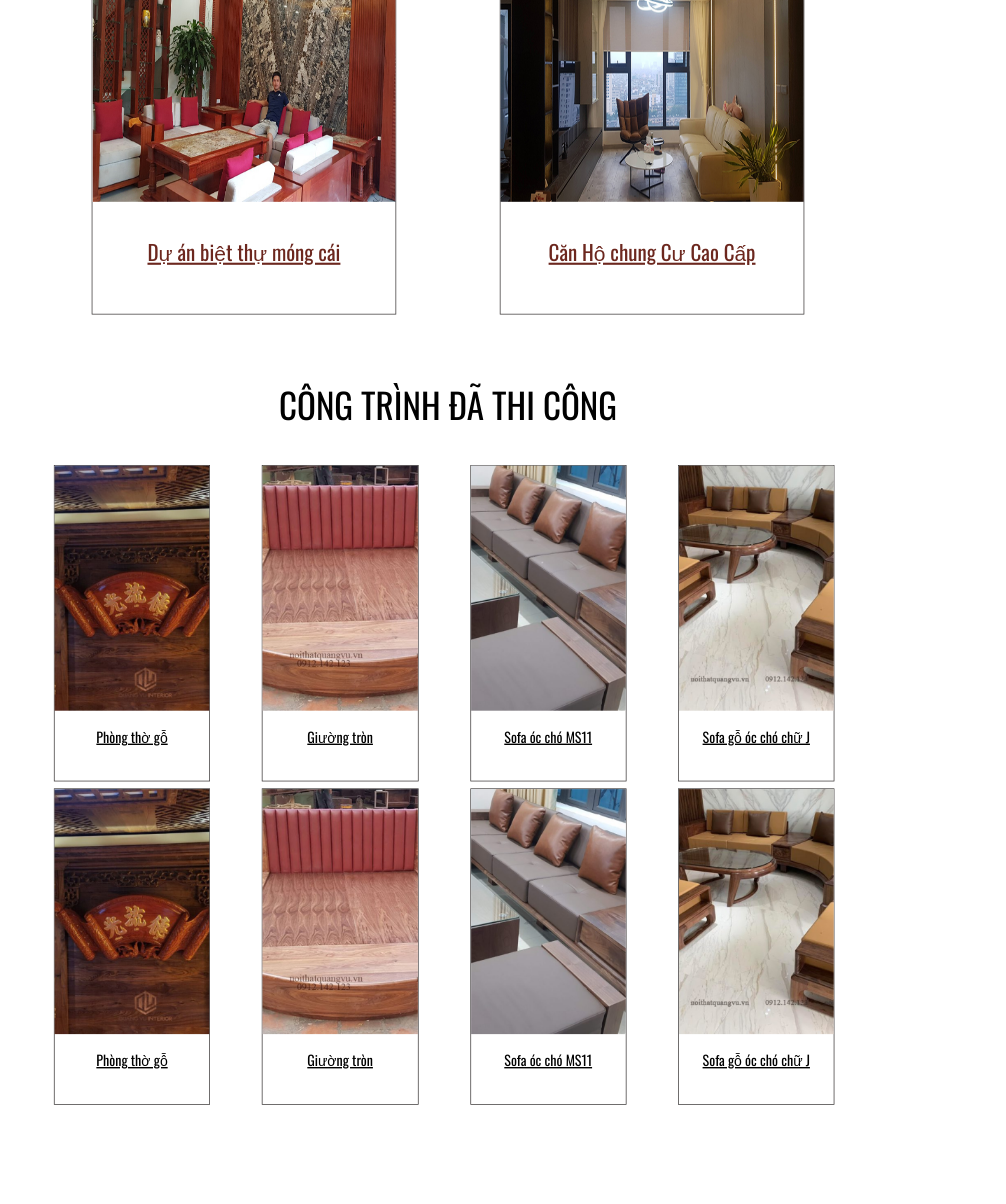
Repository: KHANHD192/FigmaTo-HTML
Page: APP-SHOP/index.html
These files come from the project's save history. The page is drawn as it stood at one moment and after the next save; the edit follows.
The browser window is 1280 px wide. The page is 1437 px wide, so the pictures cover 1437 px, including what lies to the right of the window. The pictures show the part of the page from y = 2656 to 4376 px (the page is 4376 px tall), at 70% of full size.

Above is the page before, as saved 2022-11-21 18:10:47.

### APP-SHOP/index.html
<!DOCTYPE html>
<html lang="en">
<head>
    <meta charset="UTF-8">
    <meta http-equiv="X-UA-Compatible" content="IE=edge">
    <meta name="viewport" content="width=device-width, initial-scale=1.0">
    <title>APP-SHOP</title>
    <link rel="stylesheet" href="https://cdnjs.cloudflare.com/ajax/libs/normalize/8.0.1/normalize.min.css" integrity="sha512-NhSC1YmyruXifcj/KFRWoC561YpHpc5Jtzgvbuzx5VozKpWvQ+4nXhPdFgmx8xqexRcpAglTj9sIBWINXa8x5w==" crossorigin="anonymous" referrerpolicy="no-referrer" />
    <link rel="stylesheet" href="./asset/Css_main/base.css">
    <link rel="stylesheet" href="./asset/Css_main/main.css">
    <link rel="preconnect" href="https://fonts.googleapis.com">
     <link rel="preconnect" href="https://fonts.gstatic.com" crossorigin>
</head>
<body>
    <div class="app">
         <header class="app__header">
                 <div class="header__nav-bar">
                    <ul class="nav-bar__item">
                        <li>
                            <a href="./index.html" class="nav-bar__item-link">Trang chủ</a>
                        </li>
                        <li>
                            <a href="#" class="nav-bar__item-link">Sản phẩm</a>
                        </li>
                        <li>
                            <a href="./ctdtc.html" class="nav-bar__item-link">Công trình đã thi công</a>
                        </li>
                        <li>
                            <a href="./tintuc.html" class="nav-bar__item-link">Tin tức</a>
                        </li>
                    </ul>
                    <ul class="nav-bar__icon">
                        <li>
                            <img src="./asset/IMG/image 3.png" alt="" class="logo">
                        </li>
                        <li>
                            <img src="./asset/IMG/image 2.png" alt="" class="logo">
                        </li>
                    </ul>
                 </div>
                 <div class="header__background">
                     <img src="./asset/IMG/image 4.png" alt="background">
                 </div>
         </header>
     <div class="app__container">
        <div class="container__collect">
            <div class="collect1">
                <h2 class="title">PHÒNG KHÁCH / SOFA GỖ</h2>
                <ul class="list__item">
                    <li>
                        <div class="wrap__image">
                            <img src="./asset/IMG/image 5.png" alt="" class="item__image">
                        </div>
                        <a href="https://noithatquangvu.vn/san-pham/sofa-go-3/" class="item__image-link">Sofa gỗ 03</a>
                    </li>
                    <li>
                          <div class="wrap__image">
                            <img src="./asset/IMG/image 5 (1).png" alt="" class="item__image">
                          </div>
                        <a href="https://noithatquangvu.vn/san-pham/sofa-go/" class="item__image-link">Sofa gỗ</a>
                    </li>
                    <li>
                         <div class="wrap__image">
                            <img src="./asset/IMG/image 6.png" alt="" class="item__image">
                         </div>
                        <a href="https://noithatquangvu.vn/san-pham/sofa-go-chu-l/" class="item__image-link">Sofa gỗ chữ L</a>
                    </li>
                    <li>
                       <div class="wrap__image">
                        <img src="./asset/IMG/image 6 (1).png" alt="" class="item__image">
                       </div>
                        <a href="https://noithatquangvu.vn/san-pham/bo-sofa-go-oc-cho-ms10/" class="item__image-link">Bộ sofa óc chó</a>
                    </li>

                </ul>
            </div>
            <div class="collect1">
                <h2 class="title">PHÒNG NGỦ</h2>
                <ul class="list__item">
                    <li>
                        <div class="wrap__image">
                            <img src="./asset/IMG/image 5 (2).png" alt="" class="item__image">
                        </div>
                        <a href="https://noithatquangvu.vn/san-pham/giuong-ngu/" class="item__image-link">Giường ngủ M221</a>
                    </li>
                    <li>
                          <div class="wrap__image">
                            <img src="./asset/IMG/image 5 (3).png" alt="" class="item__image">
                          </div>
                        <a href="https://noithatquangvu.vn/san-pham/giuong-ngu-dep/" class="item__image-link">Giường ngủ đẹp</a>
                    </li>
                    <li>
                         <div class="wrap__image">
                            <img src="./asset/IMG/image 5 (4).png" alt="" class="item__image">
                         </div>
                        <a href="https://noithatquangvu.vn/san-pham/giuong-ngu-hien-dai/" class="item__image-link">Giường ngủ hiện đại</a>
                    </li>
                    <li>
                       <div class="wrap__image">
                        <img src="./asset/IMG/image 5 (5).png" alt="" class="item__image">
                       </div>
                        <a href="https://noithatquangvu.vn/san-pham/giuong-tron-dep/" class="item__image-link">Giường tròn đẹp</a>
                    </li>

                </ul>
            </div>
            <div class="collect1">
                <h2 class="title">PHÒNG BẾP</h2>
                <ul class="list__item">
                    <li>
                        <div class="wrap__image">
                            <img src="./asset/IMG/image 5 (6).png" alt="" class="item__image">
                        </div>
                        <a href="https://noithatquangvu.vn/san-pham/tu-bep-go-oc-cho/" class="item__image-link">Tủ bếp gỗ óc chó</a>
                    </li>
                    <li>
                          <div class="wrap__image">
                            <img src="./asset/IMG/image 5 (7).png" alt="" class="item__image">
                          </div>
                        <a href="https://noithatquangvu.vn/san-pham/tu%cc%89-ruo%cc%a3u/" class="item__image-link">Tủ rượu</a>
                    </li>
                    <li>
                         <div class="wrap__image">
                            <img src="./asset/IMG/image 5 (8).png" alt="" class="item__image">
                         </div>
                        <a href="https://noithatquangvu.vn/san-pham/bo%cc%a3-ban-ghe-an/" class="item__image-link">Bộ bàn ghế ăn</a>
                    </li>
                    <li>
                       <div class="wrap__image">
                        <img src="./asset/IMG/image 5 (9).png" alt="" class="item__image">
                       </div>
                        <a href="https://noithatquangvu.vn/san-pham/tu%cc%89-bep-_-ms01/" class="item__image-link">Tủ Bếp_TB01</a>
                    </li>

                </ul>
            </div>
        </div>
        <div class="container__project">
            <div class="project__tiltle">
                <p>DỰ ÁN TIÊU BIỂU</p>
            </div>
             <ul class="list__project">
                <li class="list__project-item">
                    <div class="enfold__image">
                        <img src="./asset/IMG/image 7.png" alt="" class="item__project">
                    </div>
                    <a href="https://noithatquangvu.vn/san-pham/bo%cc%a3-ban-ghe-an/" class="item__project-link">Dự án biệt thự móng cái </a>
                </li>
                <li class="list__project-item">
                    <div class="enfold__image">
                        <img src="./asset/IMG/image 7 (1).png" alt="" class="item__project">
                    </div>
                    <a href="https://noithatquangvu.vn/san-pham/bo%cc%a3-ban-ghe-an/" class="item__project-link">Căn Hộ chung Cư Cao Cấp</a>
                </li>

             </ul>
        </div>
        <div class="container__detail">
            <div class="collect1">
                <p>CÔNG TRÌNH ĐÃ THI CÔNG</p>
                <ul class="list__item">
                    <li>
                        <div class="wrap__image">
                            <img src="./asset/IMG/image 5 (10).png" alt="" class="item__image">
                        </div>
                        <a href="https://noithatquangvu.vn/san-pham/sofa-go-3/" class="item__image-link">Phòng thờ gỗ</a>
                    </li>
                    <li>
                          <div class="wrap__image">
                            <img src="./asset/IMG/image 5 (11).png" alt="" class="item__image">
                          </div>
                        <a href="https://noithatquangvu.vn/san-pham/giuong-tron/" class="item__image-link">Giường tròn
                        </a>
                    </li>
                    <li>
                         <div class="wrap__image">
                            <img src="./asset/IMG/image 5 (12).png" alt="" class="item__image">
                         </div>
                        <a href="https://noithatquangvu.vn/san-pham/sofa-oc-cho/" class="item__image-link">Sofa óc chó MS11

                        </a>
                    </li>
                    <li>
                       <div class="wrap__image">
                        <img src="./asset/IMG/image 5 (13).png" alt="" class="item__image">
                       </div>
                        <a href="https://noithatquangvu.vn/san-pham/sofa-go-oc-cho-chu-j/" class="item__image-link">Sofa gỗ óc chó chữ J


                        </a>
                    </li>

                </ul>
            </div>
            <div class="collect1 detail2">
                <ul class="list__item">
                    <li>
                        <div class="wrap__image">
                            <img src="./asset/IMG/image 5 (10).png" alt="" class="item__image">
                        </div>
                        <a href="https://noithatquangvu.vn/san-pham/sofa-go-3/" class="item__image-link">Phòng thờ gỗ</a>
                    </li>
                    <li>
                          <div class="wrap__image">
                            <img src="./asset/IMG/image 5 (11).png" alt="" class="item__image">
                          </div>
                        <a href="https://noithatquangvu.vn/san-pham/giuong-tron/" class="item__image-link">Giường tròn
                        </a>
                    </li>
                    <li>
                         <div class="wrap__image">
                            <img src="./asset/IMG/image 5 (12).png" alt="" class="item__image">
                         </div>
                        <a href="https://noithatquangvu.vn/san-pham/sofa-oc-cho/" class="item__image-link">Sofa óc chó MS11

                        </a>
                    </li>
                    <li>
                       <div class="wrap__image">
                        <img src="./asset/IMG/image 5 (13).png" alt="" class="item__image">
                       </div>
                        <a href="https://noithatquangvu.vn/san-pham/sofa-go-oc-cho-chu-j/" class="item__image-link">Sofa gỗ óc chó chữ J


                        </a>
                    </li>

                </ul>
            </div>
        </div>
     </div>
    </div>
</body>
</html>

### APP-SHOP/asset/Css_main/base.css
@import url('https://fonts.googleapis.com/css2?family=Oswald&family=Roboto:wght@100&display=swap');
/* header */
html{
    font-size: 62.5%;
    box-sizing: border-box;
    font-family: 'Oswald', sans-serif;
}
.app{
    max-width: 1800px;
}
.app__header{

}
.header__nav-bar{
      display: flex;
      justify-content: space-between;
      height: 60px;
      background-color: #3C1700;;
}
.nav-bar__item {
    width: 603px;
    height: 30px;
    list-style: none;
    display: flex;
    font-family: 'Oswald', sans-serif;
    font-size: 20px;
    line-height: 29.64px;
    margin-top: 15px;
    margin-bottom: 15px ;
    margin-left: 63px;
}
.nav-bar__item-link{
    text-decoration: none;
    color: #FFFFFF;
    margin-right: 28px;
}
.header__nav-bar:not(:last-child){
    margin-right: 0;
}
.nav-bar__icon{
    list-style: none;
    display: flex;
    margin-top: 15px;
    margin-bottom: 15px ;
    margin-right: 15px;
}
.logo{
    width: 30px;
    height: 30px;
}
.logo:last-child{
    margin-left: 22px;
}
.header__background{
    width:100%;
    height: 420px;
}
.header__background img{
    width: 100%;
    height: 100%;
    object-fit: cover;
}
/* footer */

### APP-SHOP/asset/Css_main/main.css
.app__container{
 max-width: 1800px;
    height: 3835px;
}
.collect1 h2{
    width: 285px;
    height: 42px;
    font-family: 'Oswald', sans-serif;
    font-weight: 400;
    font-size: 30px;
    line-height: 44.46px;
    color: #000000;
    position: relative;
    margin-top: 61px;
    margin-bottom: 61px;
    margin-left: 72px;
}
.collect1 h2::after{
    content: "";
    position: absolute;
    width: 1365px;
    height: 4px;
    background-color: #D9D9D9;
    left:0;
    bottom: -10px;

}
.collect1 .list__item{
    list-style: none;
    display: flex;
    margin-left:77px;
    margin-right: 88px;
    padding-left: 0;
}
.list__item li {
   max-width: 350px;
    height: 450px;
    border:  1px solid #332F2F;
    margin-right: 74px;
}
.list__item li:last-child{
    margin-right: 0;
}
li .wrap__image{
   max-width: 350px;
    height: 350px;
}
.item__image-link{
    display: block;
    max-width:100%;
    height: 63px;
    font-size: 20px;
    font-weight: 400;
    line-height: 44.46px;
   text-align: center;
   padding-top: 1.5rem;
    color: #000000;
}
li .wrap__image img{
    width: 100%;
    height: 100%;
    object-fit: cover;
}

.project__tiltle p {
    text-align: center;
    margin-top:91px;
    font-size: 50px;
    line-height: 74.1px;
    margin-bottom: 50px;
}
.list__project{
    display:flex;
    list-style: none;
    margin-left:131px;
    margin-right:131px;
    padding-left: 0;
    justify-content: space-between;
}
.list__project-item{
    max-width: 700px;
    height: 560px;
    border:  1px solid #332F2F;
}
.enfold__image{
    max-width: 700px;
    height: 400px;
}
.enfold__image img {
    width: 100%;
    height: 100%;
}
.item__project-link{
    display: block;
    max-width:100%;
    height: 63px;
    font-size: 30px;
    font-weight: 400;
    line-height: 44.46px;
   text-align: center;
   padding-top: 5rem;
    color:#6C271E;
}
.list__project-item:first-child{
    margin-right: 148px;
}
.collect1 p {
    text-align: center;
    margin-top:91px;
    font-size: 50px;
    line-height: 74.1px;
    margin-bottom: 50px;
}
.detail{
    margin-top: 103px;
}

After the next save:
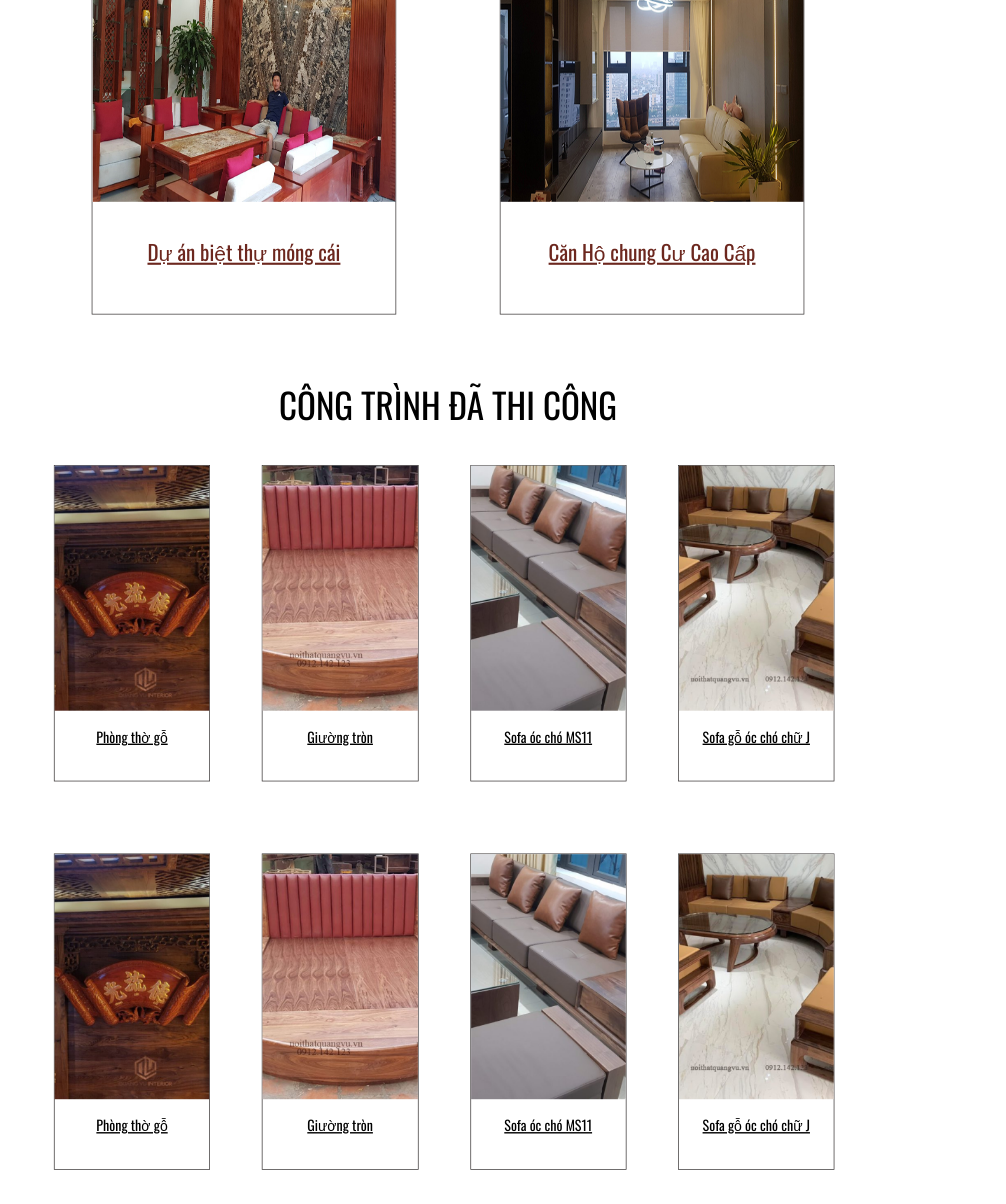
Saved 11 s later.
--- a/APP-SHOP/asset/Css_main/main.css
+++ b/APP-SHOP/asset/Css_main/main.css
@@ -111,6 +111,6 @@ li .wrap__image img{
     line-height: 74.1px;
     margin-bottom: 50px;
 }
-.detail{
+.detail2{
     margin-top: 103px;
 }
